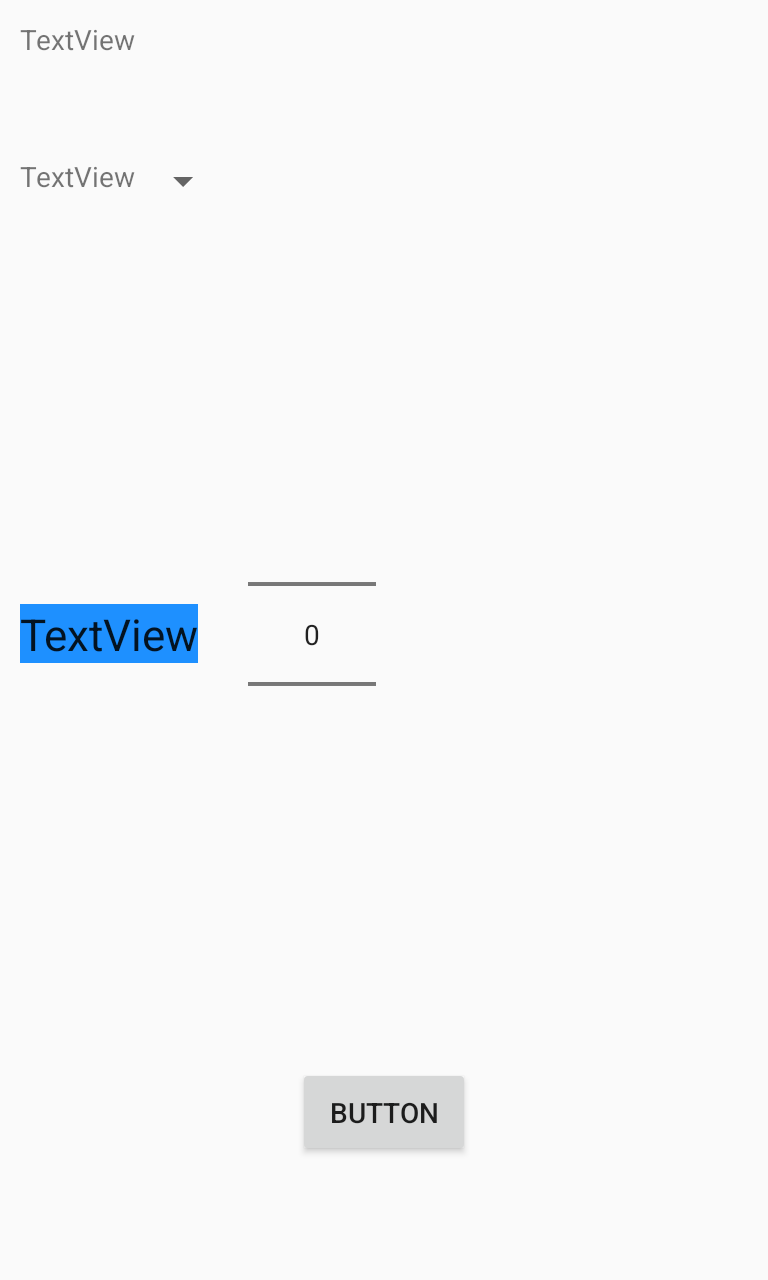
Repository: mimimy/MassagePro
Layout: BLE-Version/MassageTool/res/layout/base_pager.xml
These files come from the project's save history. The layout is drawn as it stood at one moment and after the next save; the edit follows.
It is drawn on a 768 x 1280 px phone screen (xhdpi) without system bars, with theme AppTheme; the app's code is not run.

Above is the layout before, as saved 2018-07-29 00:51:52.

After the next save:
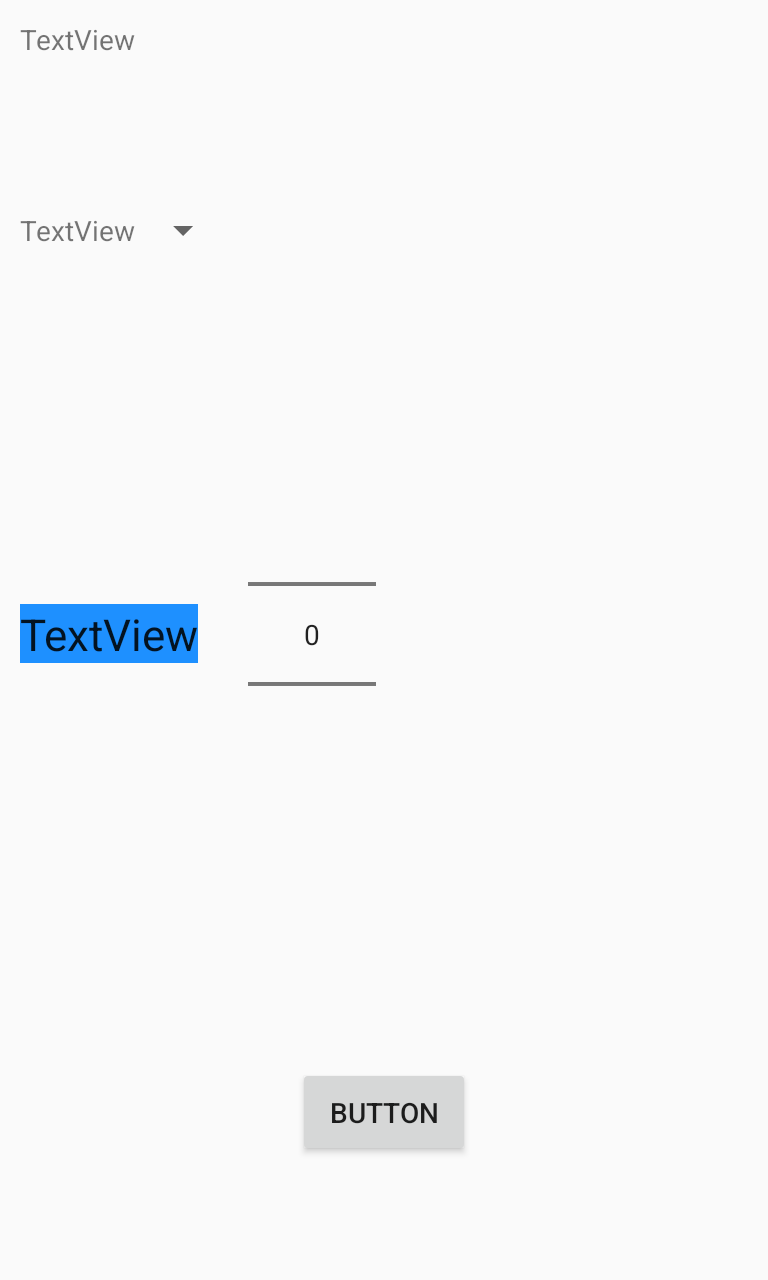
Saved 21 s later.
--- a/BLE-Version/MassageTool/res/layout/base_pager.xml
+++ b/BLE-Version/MassageTool/res/layout/base_pager.xml
@@ -15,6 +15,8 @@
     <LinearLayout
         android:layout_width="match_parent"
         android:layout_height="wrap_content"
+        android:orientation="horizontal"
+        android:gravity="center_vertical"
         android:layout_weight="1">
 
         <TextView
